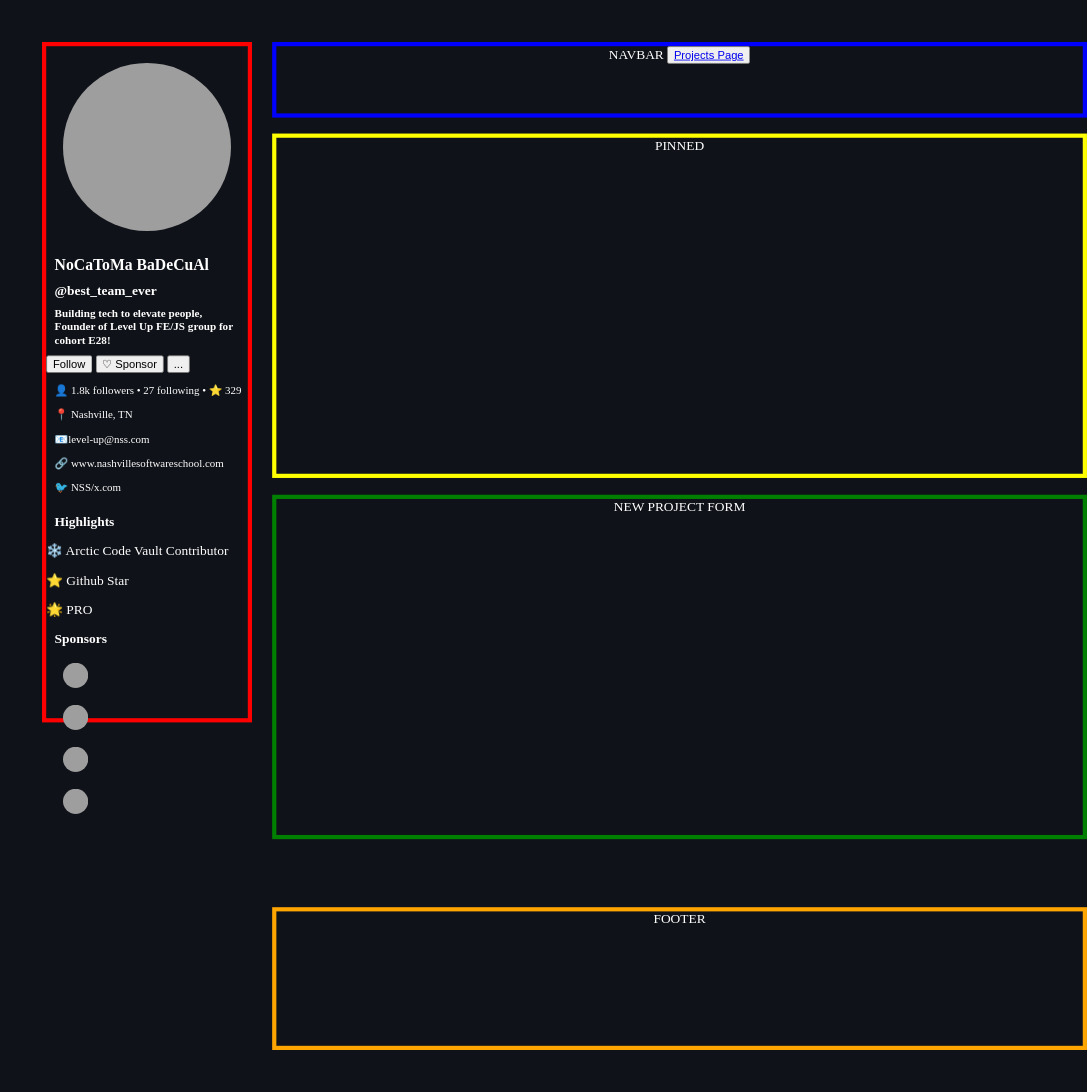
Repository: nss-evening-cohort-28/nss-evening-cohort-28-classroom-gitsub-Q1-project-gitsub
Page: index.html
The author's editor kept a copy of each file at every save. The page is drawn from the files as they stood at one save, then again after the next save.
The browser window is 1280 px wide. The page is 1294 px wide, so the pictures cover 1294 px, including what lies to the right of the window. The pictures show the whole page, at 84% of full size.
Pictures or frames that could not be fetched are drawn as grey boxes.

Above is the page before, as saved 2024-08-07 20:55:32.

### index.html
<!DOCTYPE html>
<html lang="en">
<head>
    <meta charset="UTF-8">
    <meta name="viewport" content="width=device-width, initial-scale=1.0">
    <link rel="stylesheet" href="main.css">
    <title>Document</title>
</head>
<body>
    <div class="flexContainer">
        <div class="profile">
          <div class="top-section">
            <img src="https://media.tenor.com/GliBTZeL1kQAAAAM/%D0%BC%D0%BE%D0%B9-%D0%B4%D0%B5%D0%B4.gif" class="card-img-top" >
            <div class="profile-info">
            <h3>NoCaToMa BaDeCuAl</h3>
            <h4>@best_team_ever</h4>
            <h5>Building tech to elevate people, Founder of Level Up FE/JS group for cohort E28!</h5>
            </div>
            <div class="profile-section-buttons">
              <div class="d-grid gap-2 d-md-block">
                <button class="btn btn-primary" type="button">Follow</button>
                <button class="btn btn-primary" type="button">♡ Sponsor</button>
                <button class="btn btn-primary" type="button">...</button>
              </div>
            </div>
            <div class="profile-body">
              <p>👤 1.8k followers • 27 following • ⭐️ 329</p>
              <p>📍 Nashville, TN</p>
              <p>📧level-up@nss.com</p>
              <p>🔗 www.nashvillesoftwareschool.com</p>
              <p>🐦 NSS/x.com</p>
            </div>
          </div>
          <div class="middle-section">
            <h4>Highlights</h4>
            <p>❄️ Arctic Code Vault Contributor</p>
            <p>⭐️ Github Star</p>
            <p>🌟 PRO</p>
          </div>
          <div class="bottom-section">
            <h4>Sponsors</h4>
            <img src="https://avatars.githubusercontent.com/u/31261276?s=100&v=4" class="sponsor-pic">
            <img src="https://avatars.githubusercontent.com/u/137121714?s=100&v=4" class="sponsor-pic">
            <img src="https://avatars.githubusercontent.com/u/173638175?s=100&v=4" class="sponsor-pic">
            <img src="https://avatars.githubusercontent.com/u/107224963?s=100&v=4" class="sponsor-pic">
          </div>
        </div>
        <div class="flexContainer">
            <div class="navBar">NAVBAR
              <button><a href="projects.html">
                Projects Page
              </a></button>
            </div>
            <div class="pinned">PINNED</div>
            <div class="newProject">NEW PROJECT FORM</div>
            <div class="footer">FOOTER</div>
        </div>
    </div>
    <script src="main.js"></script>
</body>
</html>

### main.css
body {
    background-color: #0F1218;
    text-align: center;
    margin: 50px;
    width: 1200px;
    color: white;
}

.flexContainer {
    display: flex;
    flex-wrap: wrap;
    flex-direction: column;
    max-width: 75rem;
    height: 75rem;
    gap: 2%;
}

.profile {
    border: 5px solid red;
    width: 15rem;
    height: 50rem;
    text-align: left;

}

.navBar {
    border: 5px solid blue;
    width: 60rem;
    height: 5rem;
}

.pinned {
    border: 5px solid yellow;
    width: 60rem;
    height: 25rem;
    margin-top: 2%;
}

.newProject {
    border: 5px solid green;
    width: 60rem;
    height: 25rem;
    margin-top: 2%;
}

.footer {
    border: 5px solid orange;
    width: 60rem;
    height: 10rem;
    margin-top: auto;
    align-self: flex-end;
}

#footerContainer {
    display: flex;
    align-self: flex-end;

}

/* Noah Styling: Profile Section Start*/
h3, h4, h5 {
    margin: 10px;
}

.top-section {
    display: flex;
    flex-wrap: wrap;
    justify-content: flex-start;
    margin: 0px;
}

.card-img-top {
    display: flex;
    flex-wrap: wrap;
    justify-content: space-around;
    border-radius: 50%;
    height: 200px;
    width: 200px;
    margin: 20px;
  }

  .sponsor-pic {
    display: flex;
    flex-wrap: wrap;
    justify-content: space-around;
    border-radius: 50%;
    height: 30px;
    width: 30px;
    margin: 20px;
  }

  .profile-body {
    font-size: small;
    margin-left: 10px;
  }
/* Noah Styling: Profile Section End */

Loaded but not shown: main.js (no copy from this time; the picture is the same without it)

After the next save:
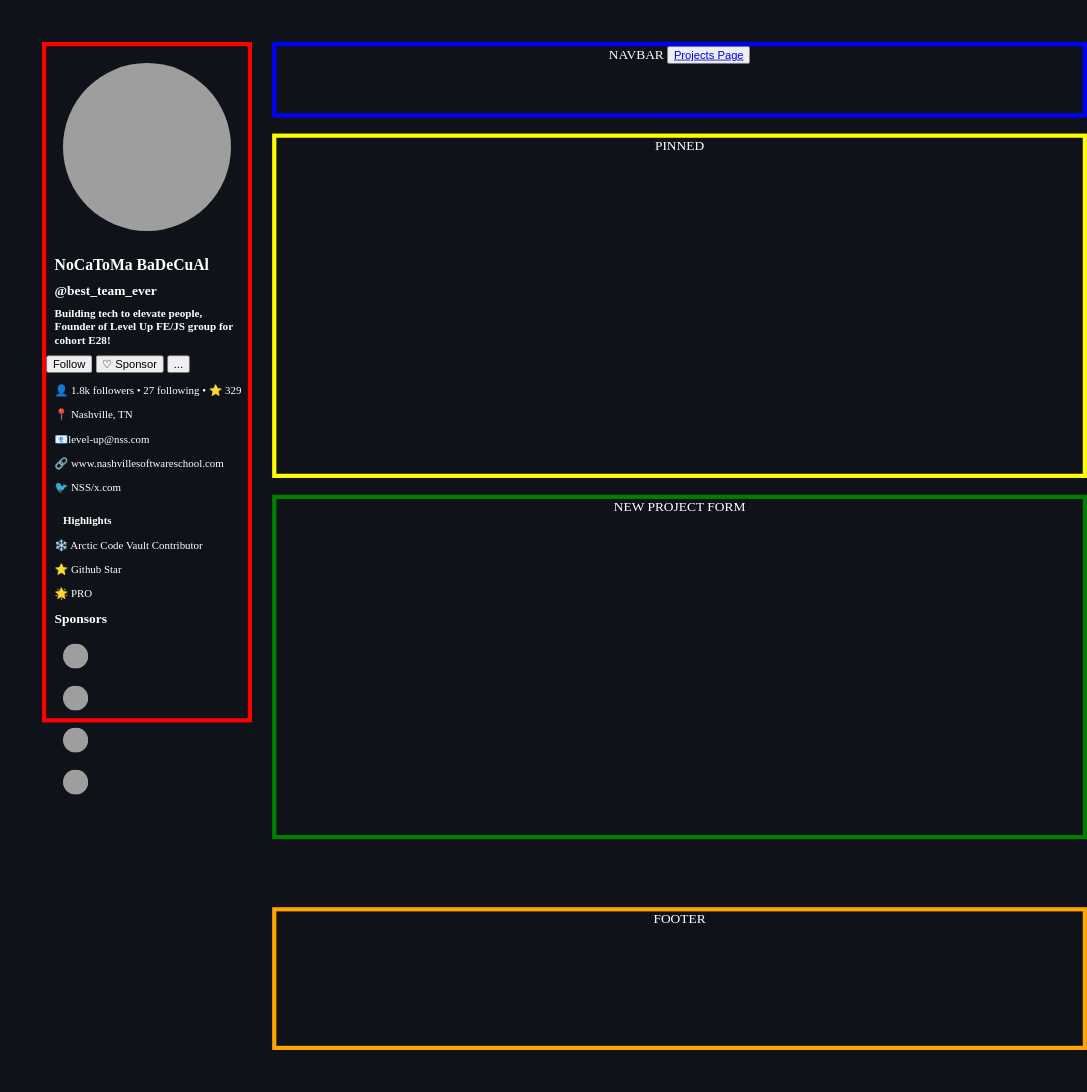
Saved 74 s later.
--- a/main.css
+++ b/main.css
@@ -93,4 +93,9 @@
     font-size: small;
     margin-left: 10px;
   }
+
+  .middle-section {
+    font-size: small;
+    margin-left: 10px;
+  }
 /* Noah Styling: Profile Section End */
